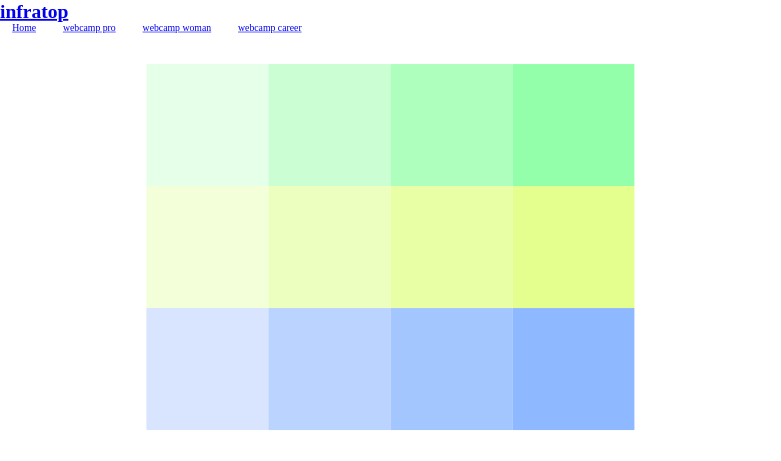
Repository: yuu3176/theme1
Page: 1-5/1-5.html
The author's editor kept a record of every edit. The page is drawn from the files as they stood at one moment, then again after the next edit.
The browser window is 1280 px wide. The pictures show the whole page, at 61% of full size.

Above is the page before.

After the next edit:
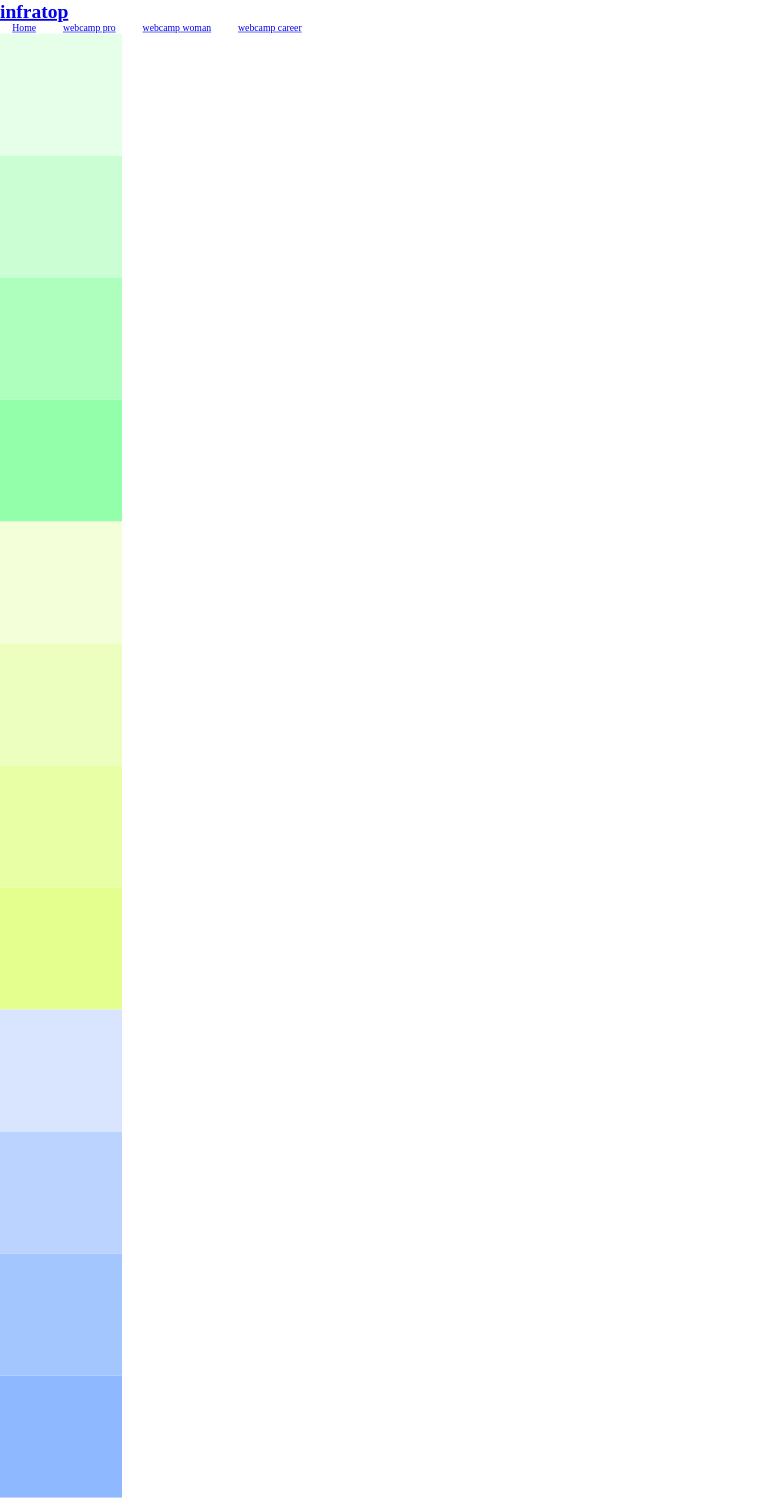
The edit:
--- a/1-5/1-5.html
+++ b/1-5/1-5.html
@@ -28,7 +28,7 @@
         </li>
       </ul>
     </nav>
-    <div class="main">
+    <div class="main1">
       <div class="color-green1"></div>
       <div class="color-green2"></div>
       <div class="color-green3"></div>
